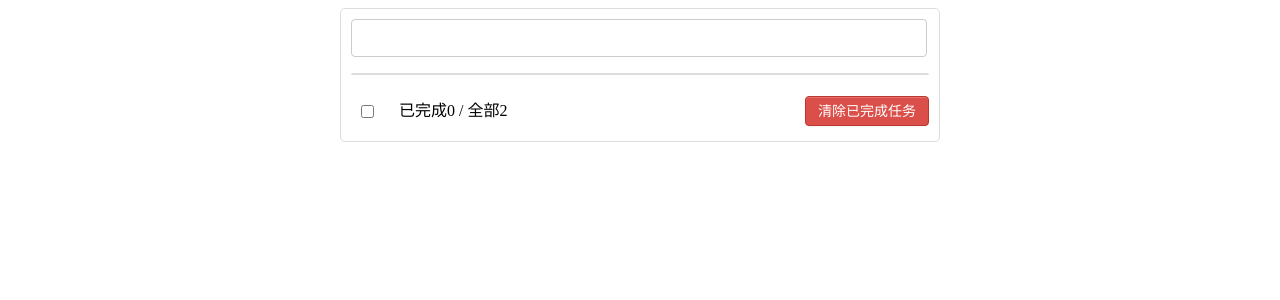
Repository: 319226862/wyy
Page: / (app in vue_test/)
An editor plug-in stored every save of this project. The page is shown before and after a run of saves, followed by the edit.
The browser window is 1280 px wide. The pictures show the whole page.
The project was rebuilt for these pictures with package versions that can differ from the ones it lists, and the page was loaded fresh each time. Also part of the build but not shown: vue_test/vue.config.js.

Above is the page before, as saved 2023-06-20 16:12:59.

### vue_test/public/index.html
<!DOCTYPE html>
<html lang="">
  <head>
    <meta charset="utf-8">
    <!-- 针对IE游览器的一个特殊配置，让IE游览器以最高级别的渲染页面 -->
    <meta http-equiv="X-UA-Compatible" content="IE=edge">
    <meta name="viewport" content="width=device-width,initial-scale=1.0">
    <link rel="icon" href="<%= BASE_URL %>favicon.ico">
    <title><%= htmlWebpackPlugin.options.title %></title>
  </head>
  <body>
    <noscript>
      <strong>We're sorry but <%= htmlWebpackPlugin.options.title %> doesn't work properly without JavaScript enabled. Please enable it to continue.</strong>
    </noscript>
    <div id="app"></div>
    <!-- built files will be auto injected -->
  </body>
</html>

### vue_test/src/main.js
// 引入vue
import Vue from 'vue'
// 引入App组件，他所有组件的父组件
import App from './App.vue'

// 关闭vue生产提示
Vue.config.productionTip = false

// 创建vue实例对象--vm
new Vue({
  render: h => h(App),
}).$mount('#app')

### vue_test/src/App.vue
<template>
  <div id="root">
    <div class="todo-container">
      <div class="todo-wrap">
        <MyHeader :receive="receive"/>
        <MyList :todo="todos"/>
        <MyFooter />
      </div>
    </div>
  </div>
</template>

<script>
import MyHeader from './components/MyHeader.vue'
import MyFooter from './components/MyFooter.vue'
import MyList from './components/MyList.vue'
export default {
  name:'App',
  data(){
    return{
      todos:[
        {id:'001',title:'aaaaa',done:true},
        {id:'002',title:'bbbbb',done:false},
        {id:'003',title:'ccccc',done:true}
      ]
    }
  },
  components:{
    MyHeader,
    MyList,
    MyFooter
  },
  methods: {
    receive(x) {
      console.log("接收数据", x)
      this.todos.unshift(x)
    }
  }
}
</script>
<style>
/*base*/
body {
  background: #fff;
}

.btn {
  display: inline-block;
  padding: 4px 12px;
  margin-bottom: 0;
  font-size: 14px;
  line-height: 20px;
  text-align: center;
  vertical-align: middle;
  cursor: pointer;
  box-shadow: inset 0 1px 0 rgba(255, 255, 255, 0.2), 0 1px 2px rgba(0, 0, 0, 0.05);
  border-radius: 4px;
}

.btn-danger {
  color: #fff;
  background-color: #da4f49;
  border: 1px solid #bd362f;
}

.btn-danger:hover {
  color: #fff;
  background-color: #bd362f;
}

.btn:focus {
  outline: none;
}

.todo-container {
  width: 600px;
  margin: 0 auto;
}
.todo-container .todo-wrap {
  padding: 10px;
  border: 1px solid #ddd;
  border-radius: 5px;
}






</style>

### vue_test/src/components/MyHeader.vue
<template>
  <div class="todo-header">
    <input type="text" @keyup.enter="add" v-model="title" />
  </div>
</template>

<script>
import { nanoid } from "nanoid";

export default {
  name: "MyHeader",
  data() {
    return {
      title: ""
    };
  },
  props: ['receive'],
  methods: {
    // 获取input的值
    add(event) {
      console.log(event.target.value);
      console.log(this.title);
      // 将输入包装成todolist的格式
      const a = {
        id: nanoid(),
        title: this.title,
        done: false
      };
      this.receive(a)
    }
  }
};
</script>

<style scoped>
/*header*/
.todo-header input {
  width: 560px;
  height: 28px;
  font-size: 14px;
  border: 1px solid #ccc;
  border-radius: 4px;
  padding: 4px 7px;
}

.todo-header input:focus {
  outline: none;
  border-color: rgba(82, 168, 236, 0.8);
  box-shadow: inset 0 1px 1px rgba(0, 0, 0, 0.075),
    0 0 8px rgba(82, 168, 236, 0.6);
}
</style>

### vue_test/src/components/MyFooter.vue
<template>
  <div class="todo-footer">
    <label>
      <input type="checkbox"/>
    </label>
    <span>
      <span>已完成0</span> / 全部2
    </span>
    <button class="btn btn-danger">清除已完成任务</button>
  </div>
</template>

<script>
export default {
    name:'MyFooter'
}
</script>

<style scoped>
/*footer*/
.todo-footer {
  height: 40px;
  line-height: 40px;
  padding-left: 6px;
  margin-top: 5px;
}

.todo-footer label {
  display: inline-block;
  margin-right: 20px;
  cursor: pointer;
}

.todo-footer label input {
  position: relative;
  top: -1px;
  vertical-align: middle;
  margin-right: 5px;
}

.todo-footer button {
  float: right;
  margin-top: 5px;
}
</style>

### vue_test/src/components/MyList.vue
<template>
  <ul class="todo-main">
    <MyItem v-for="todo in todo" :key="todo.id"/>
  </ul>
</template>

<script>
import MyItem from './MyItem.vue'
export default {
    name:'MyList',
    components:{
      MyItem
    },
    data(){
      return {
        todos:[
          {id:'001',title:'aaaaa',done:true},
          {id:'002',title:'bbbbb',done:false},
          {id:'003',title:'ccccc',done:true}
        ]
      }
    }
}
</script>

<style scoped>
/*main*/
.todo-main {
  margin-left: 0px;
  border: 1px solid #ddd;
  border-radius: 2px;
  padding: 0px;
}

.todo-empty {
  height: 40px;
  line-height: 40px;
  border: 1px solid #ddd;
  border-radius: 2px;
  padding-left: 5px;
  margin-top: 10px;
}
</style>

### vue_test/src/components/MyItem.vue
<template>
  <li>
    <label>
      <input type="checkbox" :checked="todo.done"/>
      <span>{{ todo.title }}</span>
    </label>
    <button class="btn btn-danger" style="display:none">删除</button>
  </li>
</template>

<script>
export default {
    name:'MyItem',
    // 声明接收对象
    props:['todo'],
    // mounted(){
    //   // console.log(this.todo)
    // }
}
</script>

<style scoped>

/*item*/
li {
  list-style: none;
  height: 36px;
  line-height: 36px;
  padding: 0 5px;
  border-bottom: 1px solid #ddd;
}

li label {
  float: left;
  cursor: pointer;
}

li label li input {
  vertical-align: middle;
  margin-right: 6px;
  position: relative;
  top: -1px;
}

li button {
  float: right;
  display: none;
  margin-top: 3px;
}

li:before {
  content: initial;
}

li:last-child {
  border-bottom: none;
}
</style>

After the next 3 saves:
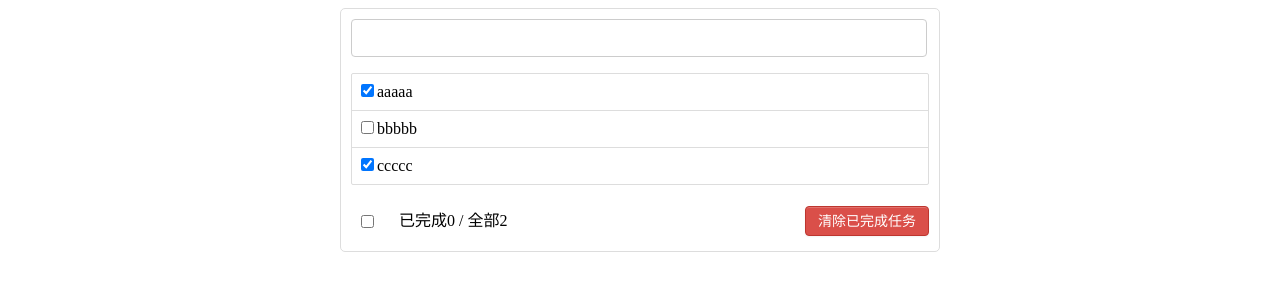
The 3 saves are shown as one change because 2 did not build or start.
The last was saved 2 min 30 s later.
--- a/vue_test/src/components/MyList.vue
+++ b/vue_test/src/components/MyList.vue
@@ -1,6 +1,6 @@
 <template>
   <ul class="todo-main">
-    <MyItem v-for="todo in todo" :key="todo.id"/>
+    <MyItem v-for="todoObj in todos" :key="todoObj.id" :todo="todoObj"/>
   </ul>
 </template>
 

After the 5 saves that followed:
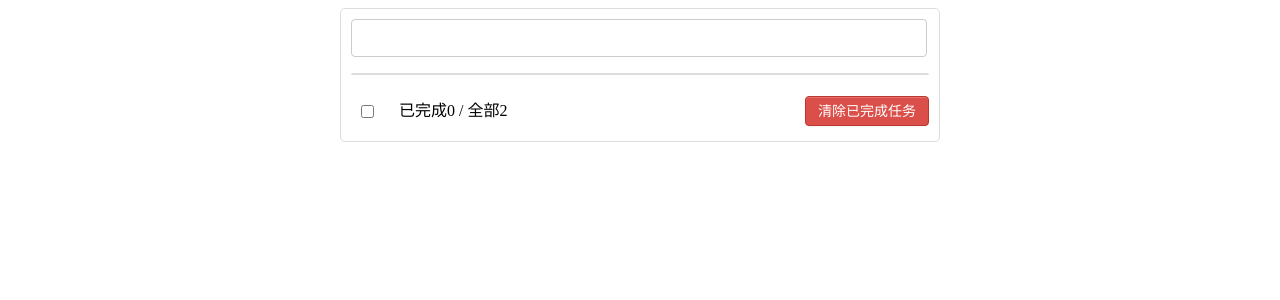
The 5 saves are shown as one change because 2 did not build or start and 1 left the picture as it was and some came seconds apart.
The last was saved 2 min 30 s later.
--- a/vue_test/src/components/MyList.vue
+++ b/vue_test/src/components/MyList.vue
@@ -11,15 +11,15 @@ export default {
     components:{
       MyItem
     },
-    data(){
-      return {
-        todos:[
-          {id:'001',title:'aaaaa',done:true},
-          {id:'002',title:'bbbbb',done:false},
-          {id:'003',title:'ccccc',done:true}
-        ]
-      }
-    }
+    // data(){
+    //   return {
+    //     todos:[
+    //       {id:'001',title:'aaaaa',done:true},
+    //       {id:'002',title:'bbbbb',done:false},
+    //       {id:'003',title:'ccccc',done:true}
+    //     ]
+    //   }
+    // }
 }
 </script>
 
--- a/vue_test/src/components/MyItem.vue
+++ b/vue_test/src/components/MyItem.vue
@@ -13,9 +13,9 @@ export default {
     name:'MyItem',
     // 声明接收对象
     props:['todo'],
-    // mounted(){
-    //   // console.log(this.todo)
-    // }
+    mounted(){
+      console.log(this.todo)
+    }
 }
 </script>
 
